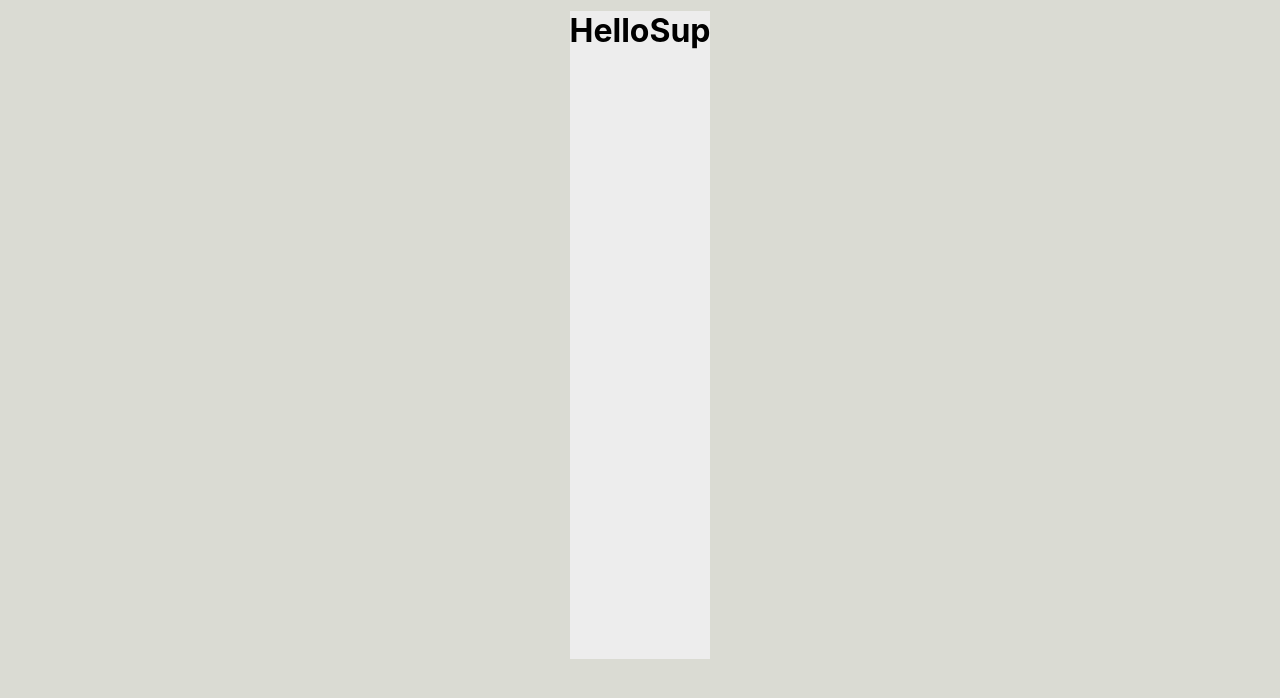
Repository: SayedJamil/WhatsappClone
Page: /
The author's editor kept a copy of each file at every save. The page is drawn from the files as they stood at one save, then again after a run of saves.
The browser window is 1280 px wide. The pictures show the whole page.
The project was rebuilt for these pictures with package versions that can differ from the ones it lists, and the page was loaded fresh each time. Also part of the build but not shown: src/Sidebar.css, src/Chat.css.

Above is the page before, as saved 2021-06-22 22:40:37.

### src/App.js
import React from 'react';
import './App.css';
import Sidebar from './Sidebar';
import Chat from './Chat'
function App() {
  return (
    <div className="app">
      <div className="app_body">
        <Sidebar />
        <Chat />
      </div>

    </div>
  );
}

export default App;

### src/App.css
* {
  margin: 0;
  bottom: 0;
}

.app {
  display: grid;
  place-items: center;
  height: 100vh;
  background-color: #dadbd3;
}

.app_body{
  display: flex;
  background-color: #ededed;
  margin-top: -50px;
  height: 90vh;

}

### src/Sidebar.js
import React from 'react'
import './Sidebar.css'


function Sidebar() {
    return (
        <div className="sidebar">
            <h1>Hello </h1>
        </div>
    )
}

export default Sidebar

### src/Chat.js
import React from 'react'
import './Chat.css'
function Chat() {
    return (
        <div>
            <h1>Sup</h1>
        </div>
    )
}

export default Chat

Loaded but not shown: public/index.html (common file); src/index.js (common file); src/index.css (common file)

After the next 2 saves:
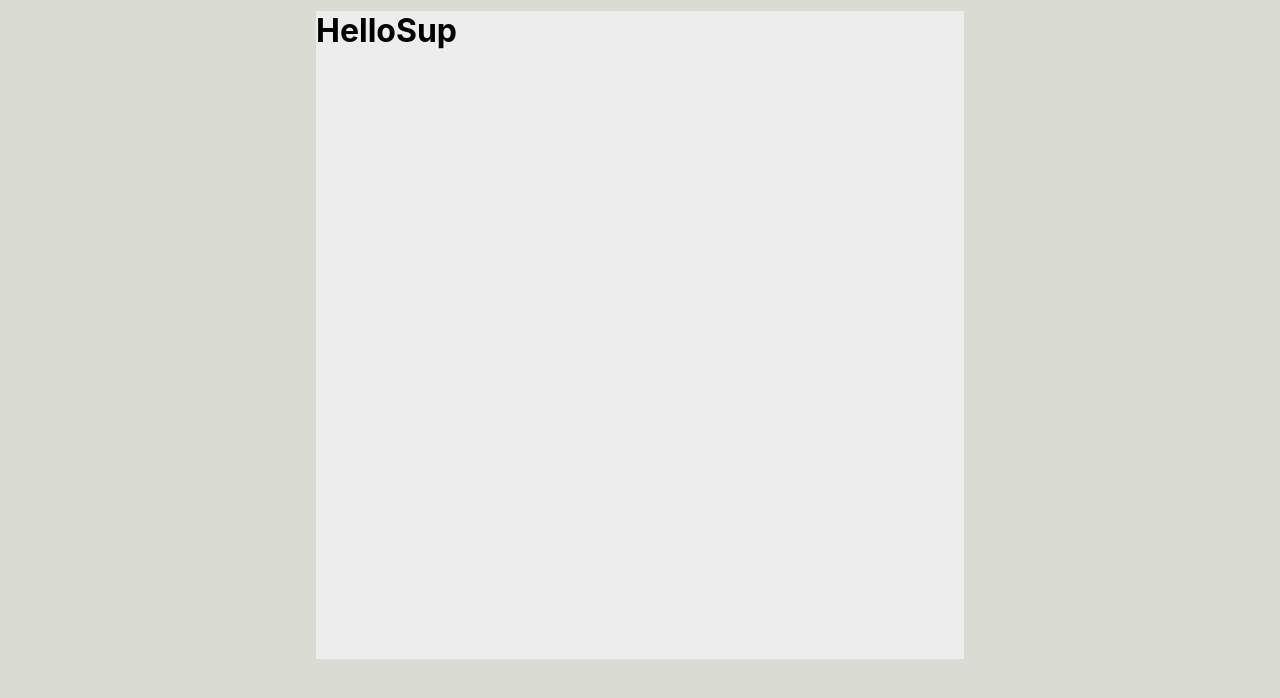
The 2 saves are shown as one change because they came seconds apart.
The last was saved 6 s later.
--- a/src/App.css
+++ b/src/App.css
@@ -10,10 +10,10 @@
   background-color: #dadbd3;
 }
 
-.app_body{
+.app_body {
   display: flex;
   background-color: #ededed;
   margin-top: -50px;
   height: 90vh;
-
+  width: 90vh;
 }
